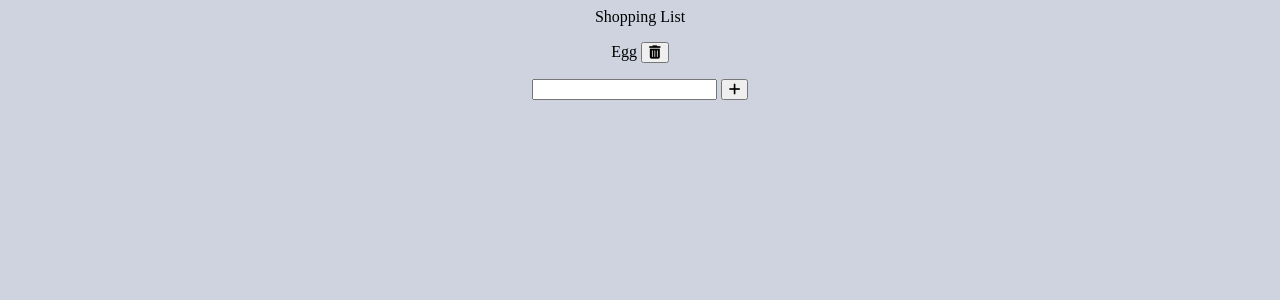
Repository: rumor1993/DreamCoding-Browser101
Page: Chapter05/index.html
The author's editor kept a copy of each file at every save. The page is drawn from the files as they stood at one save, then again after the next save.
The browser window is 1280 px wide. The pictures show the whole page.
Some web libraries are served in a nearby version.

Above is the page before, as saved 2020-12-30 12:18:28.

### Chapter05/index.html
<!DOCTYPE html>
<html lang="en">
  <head>
    <meta charset="UTF-8" />
    <meta name="viewport" content="width=device-width, initial-scale=1.0" />
    <title>Shopping List</title>
    <link rel="stylesheet" href="style.css" />
    <script src="main.js"></script>
    <script src="https://kit.fontawesome.com/86c035f01d.js" crossorigin="anonymous"></script>
  </head>
  <body>
    <section class="list">
      <header class="header">Shopping List</header>
      <ul class="items">
        <li class="item-row">
          <div class="item">
            <span class="item-name">Egg</span>
            <button class="item-delete">
              <i class="fas fa-trash-alt"></i>
            </button>
          </div>
        </li>
      </ul>
      <footer class="footer"></footer>
      <input type="text" class="footer-input" />
      <button class="footer-button">
        <i class="fas fa-plus"></i>
      </button>
    </section>
  </body>
</html>

### Chapter05/style.css
* {
  box-sizing: border-box;
}

ul {
  padding: 0;
}

body {
  background-color: #ced3df;
  text-align: center;
}

Loaded but not shown: Chapter05/main.js (no stored copy; drawn as an empty file)

After the next save:
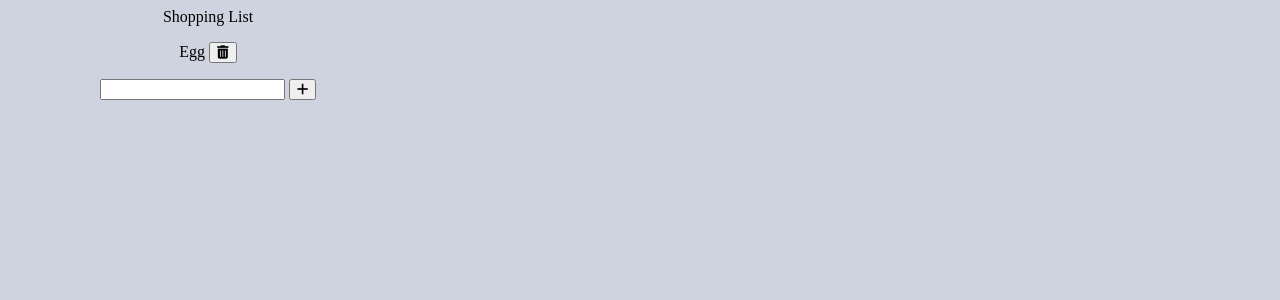
Saved 15 s later.
--- a/Chapter05/style.css
+++ b/Chapter05/style.css
@@ -10,3 +10,7 @@ body {
   background-color: #ced3df;
   text-align: center;
 }
+
+.list {
+  width: 400px;
+}

After the save that followed:
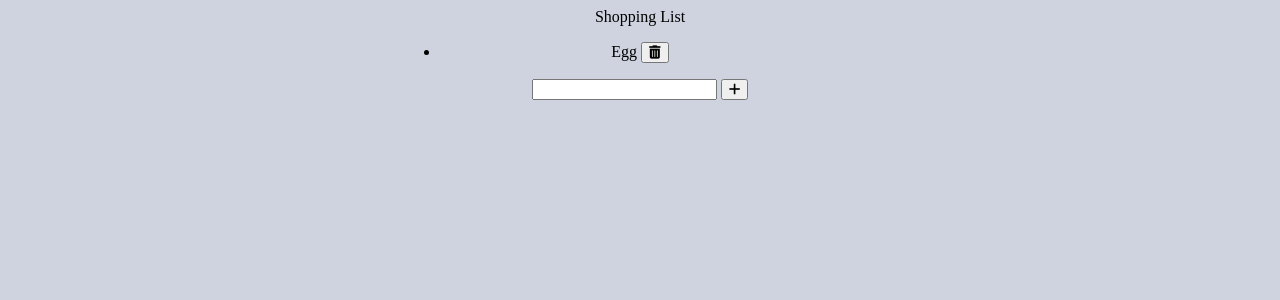
Saved 7 s later.
--- a/Chapter05/style.css
+++ b/Chapter05/style.css
@@ -13,4 +13,5 @@ body {
 
 .list {
   width: 400px;
+  margin: auto;
 }
